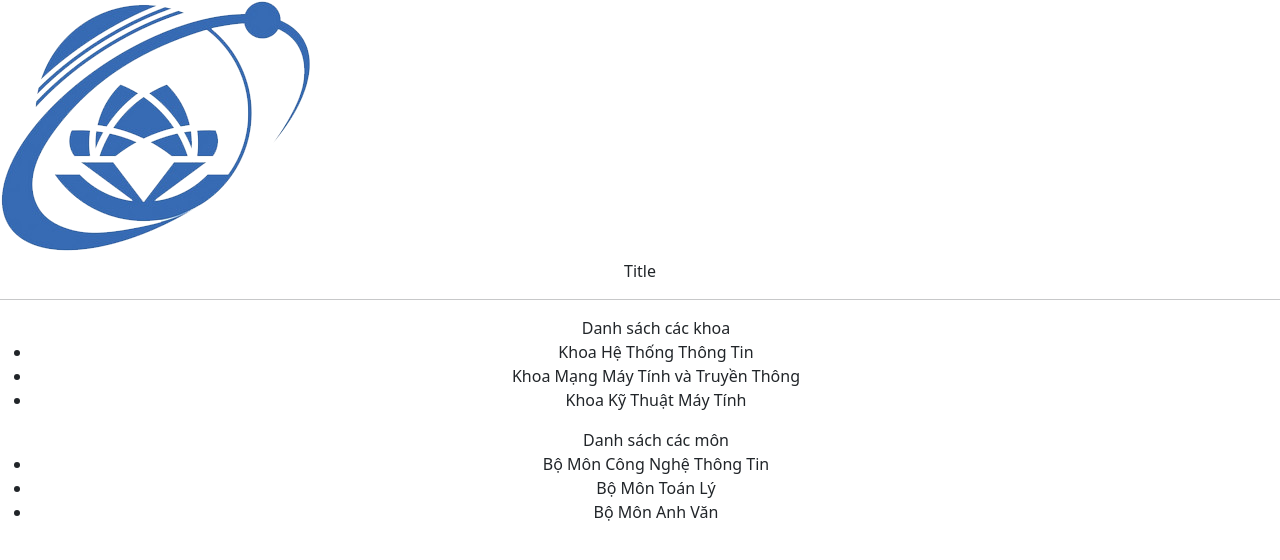
Repository: hoapham2k2/bai_tap_thuc_hanh_is207.n12
Page: index.html
These files come from the project's save history. The page is drawn as it stood at one moment and after the next save; the edit follows.
The browser window is 1280 px wide. The pictures show the whole page.

Above is the page before, as saved 2022-09-19 08:51:48.

### index.html
<!DOCTYPE html>
<html lang="en">

<head>
    <meta charset="UTF-8">
    <meta http-equiv="X-UA-Compatible" content="IE=edge">
    <meta name="viewport" content="width=device-width, initial-scale=1.0">
    <!-- Latest compiled and minified CSS -->
    <link href="https://cdn.jsdelivr.net/npm/bootstrap@5.2.1/dist/css/bootstrap.min.css" rel="stylesheet">

    <!-- Latest compiled JavaScript -->
    <script src="https://cdn.jsdelivr.net/npm/bootstrap@5.2.1/dist/js/bootstrap.bundle.min.js"></script>

    <title>Document</title>

    <style>
        *,
        *::before,
        *::after {
            box-sizing: border-box;
        }

        * {
            margin: 0;
            padding: 0;
            font: inherit;
        }

        body {
            line-height: 1.5;
        }

        img,
        picture,
        video,
        canvas,
        svg {
            display: block;
            max-width: 100%;
        }

        input,
        button,
        textarea,
        select {
            outline: none;
        }

        p,
        h1,
        h2,
        h3,
        h4,
        h5,
        h6 {
            overflow-wrap: break-word;
        }

        .wrapper {}

        .wrapper_header {}

        .wrapper_header_logo {}

        .wrapper_header_title {}

        .wrapper_body {}

        .wrapper_list_1st {}

        .wrapper_item {}

        .wrapper_list_2st {}
    </style>
</head>

<body>

    <div class="wrapper text-center">
        <div class="wrapper_header">
            <div class="wrapper_header_logo">
                <img src="./assets/img/logo-uit.png" alt="anh_logo_uit">
            </div>
            <div class="wrapper_header_title">Title</div>
        </div>
        <hr>
        <div class="wrapper_body">
            <ul class="wrapper_list_1st">Danh sách các khoa
                <li class="wrapper_item">Khoa Hệ Thống Thông Tin</li>
                <li class="wrapper_item">Khoa Mạng Máy Tính và Truyền Thông</li>
                <li class="wrapper_item">Khoa Kỹ Thuật Máy Tính</li>
            </ul>
            <ul class="wrapper_list_2st">Danh sách các môn
                <li class="wrapper_item">Bộ Môn Công Nghệ Thông Tin</li>
                <li class="wrapper_item">Bộ Môn Toán Lý</li>
                <li class="wrapper_item">Bộ Môn Anh Văn</li>
            </ul>
        </div>
</body>

</html>

After the next save:
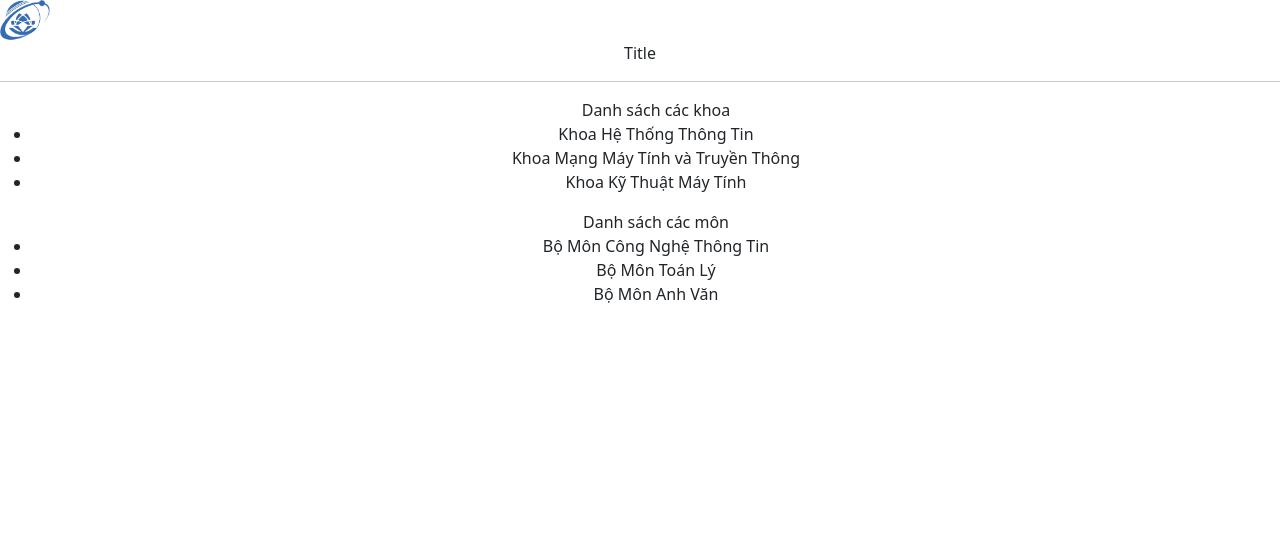
Saved 12 s later.
--- a/index.html
+++ b/index.html
@@ -79,7 +79,7 @@
     <div class="wrapper text-center">
         <div class="wrapper_header">
             <div class="wrapper_header_logo">
-                <img src="./assets/img/logo-uit.png" alt="anh_logo_uit">
+                <img src="./assets/img/logo-uit.png" alt="anh_logo_uit" width="50px">
             </div>
             <div class="wrapper_header_title">Title</div>
         </div>
